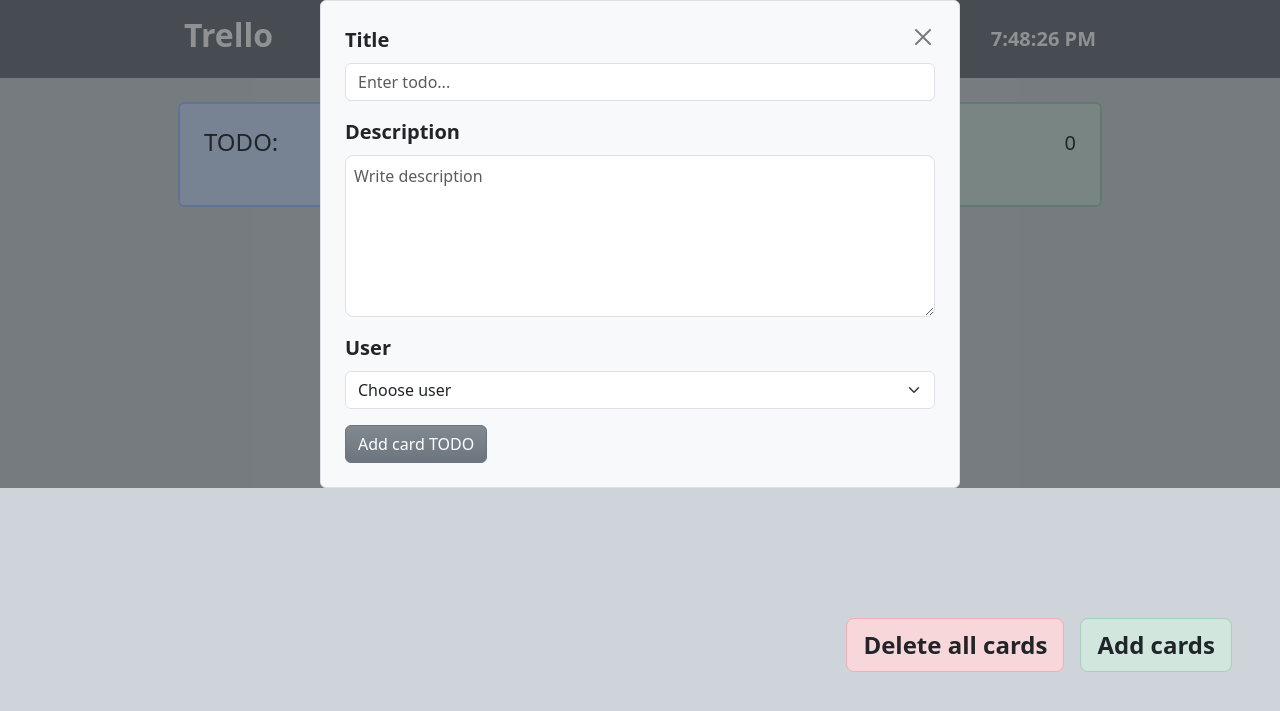
Repository: Valeria154/trello-app-clone
Page: / (app in trello-app-project/)
An editor plug-in stored every save of this project. The page is shown before and after the next save, followed by the edit.
The browser window is 1280 px wide. The pictures show the whole page.
After loading, the first visible `#addCardBtn` was clicked once.
The project was rebuilt for these pictures with package versions that can differ from the ones it lists, and the page was loaded fresh each time. Also part of the build but not shown: trello-app-project/vite.config.js.

Above is the page before, as saved 2025-03-15 21:09:19.
Console error: TypeError: Cannot read properties of null (reading 'addEventListener')

### trello-app-project/src/index.html
<!doctype html>
<html lang="en">

<head>
	<meta charset="UTF-8" />
	<meta name="viewport" content="width=device-width, initial-scale=1.0" />
	<title>Trello</title>
	<script type="module" src="./main.js"></script>
</head>

<body class="bg-dark-subtle">
	<header class="bg-secondary p-3">
		<div class="container d-flex justify-content-between align-items-center mx-autox w-75">
			<h1 class="fs-2 fw-bold text-white">Trello</h1>
			<div class="fs-5 fw-semibold text-white" id="clock"></div>
		</div>
	</header>
	<main class="p-4">
		<div class="container text-center w-75">
			<div class="row align-items-start mb-6 gap-5">
				<!-- TODO -->
				<div class="col border border-primary-subtle border-2 rounded-2 text-dark p-4 bg-primary-subtle">
					<div class="d-flex justify-content-between mb-3">
						<h4>TODO:</h4>
						<div id="todoCount" class="fs-5">0</div>
					</div>
					<div id="todo"></div>
				</div>
				<!-- In progress -->
				<div class="col border border-warning-subtle border-2 rounded-2 text-dark p-4 bg-warning-subtle">
					<div class="d-flex justify-content-between mb-3">
						<h4>IN PROGRESS:</h4>
						<div id="progressCount " class="fs-5">0</div>
					</div>
					<div id="progress"></div>
				</div>
				<!-- Done -->
				<div class="col border border-success-subtle border-2 rounded-2 text-dark p-4 bg-success-subtle">
					<div class="d-flex justify-content-between mb-3">
						<h4>DONE:</h4>
						<div id="doneCount" class="fs-5">0</div>
					</div>
					<div id="done"></div>
				</div>
			</div>
			<div class="d-grid gap-2 d-md-flex justify-content-md-end position-fixed bottom-0 end-0 p-5">
				<button class="btn btn-lg bg-danger-subtle border-danger-subtle me-md-2 fs-4 fw-semibold" type="button"
					id="deleteAllBtn">Delete all
					cards</button>
				<button id="addCardBtn" class="btn btn-lg bg-success-subtle border-success-subtle fs-4 fw-semibold"
					type="button">Add
					cards</button>
			</div>
			<!-- Modal form -->
			<div id="modalFormContainer" class="position-relative" style="z-index: 20">
				<!-- <div class="position-fixed top-50 start-50 translate-middle w-100 bg-dark bg-opacity-50">
					<form class="p-4 border rounded bg-light text-start fw-semibold w-50 position-relative">
						<div class="mb-3">
							<label for="titile" class="form-label fs-5">Title</label>
							<input type="text" class="form-control" id="title" placeholder="Enter todo...">
						</div>
						<div class="mb-3">
							<label for="description" class="form-label fs-5">Description</label>
							<textarea class="form-control p-2 rounded-3" id="description" rows="6"
								placeholder="Write description"></textarea>
						</div>
						<div class="mb-3">
							<label for="user" class="form-label fs-5">User </label>
							<select id="user" class="form-select">
								<option selected value="">Choose user</option>
								<option value="Amelia">Amelia</option>
								<option value="Mary">Mary</option>
								<option value="Thomas">Thomas</option>
								<option value="Harry">Harry</option>
								<option value="Susan">Susan</option>
							</select>
						</div>
						<button type="submit" class="btn btn-primary bg-secondary bg-gradient border-secondary">Add card
							TODO</button>
						<button type="button" class="btn-close position-absolute top-0 end-0 me-4 mt-4"
							aria-label="close"></button>
					</form>
				</div> -->
			</div>
		</div>
	</main>

</body>

</html>

### trello-app-project/src/main.js
import './style.scss'
// import javascriptLogo from './javascript.svg'
// import viteLogo from '/vite.svg'

const clockElement = document.querySelector('#clock')
const addCardElement = document.querySelector('#addCardBtn')
const modalFormElement = document.querySelector('#modalFormContainer')
const btnCloseElement = document.querySelector('.btn-close')

//функция, которая отражает часы
function showClock() {
	clockElement.textContent = new Date().toLocaleTimeString()
}
setInterval(showClock, 1000)
showClock()


//открытие модального окна после клика
addCardElement.addEventListener('click', handleClickButtonAddCard)
btnCloseElement.addEventListener('click', handleClickBtnClose)

function handleClickBtnClose() {
	modalFormElement.style.display = 'none'
}

function handleClickButtonAddCard() {
	toggleModal(modalFormElement)
	modalFormElement.innerHTML = buildModalForm()
}

function toggleModal(modal) {
	modal.classList.toggle('show'); // Переключает класс "show", отвечающий за видимость
}
function buildModalForm() {
	return `
				<div class="d-flex align-items-center justify-content-center position-fixed top-0 start-0 w-100 bg-dark bg-opacity-50">
					<form class="p-4 border rounded bg-light text-start fw-semibold w-50 position-relative">
						<div class="mb-3">
							<label for="title" class="form-label fs-5">Title</label>
							<input type="text" class="form-control" id="title" placeholder="Enter todo..." required>
						</div>
						<div class="mb-3">
							<label for="description" class="form-label fs-5">Description</label>
							<textarea class="form-control p-2 rounded-3" id="description" rows="6"
								placeholder="Write description" required></textarea>
						</div>
						<div class="mb-3">
							<label for="user" class="form-label fs-5">User </label>
							<select id="user" class="form-select" required>
								<option selected value="">Choose user</option>
								<option value="Amelia">Amelia</option>
								<option value="Mary">Mary</option>
								<option value="Thomas">Thomas</option>
								<option value="Harry">Harry</option>
								<option value="Susan">Susan</option>
							</select>
						</div>
						<button type="submit" class="btn btn-primary bg-secondary bg-gradient border-secondary">Add card
							TODO</button>
						<button type="button" class="btn-close position-absolute top-0 end-0 me-4 mt-4"
							aria-label="close"></button>
					</form>
				</div>
	`

}

Loaded but not shown: trello-app-project/src/style.scss (common file)

After the next save:
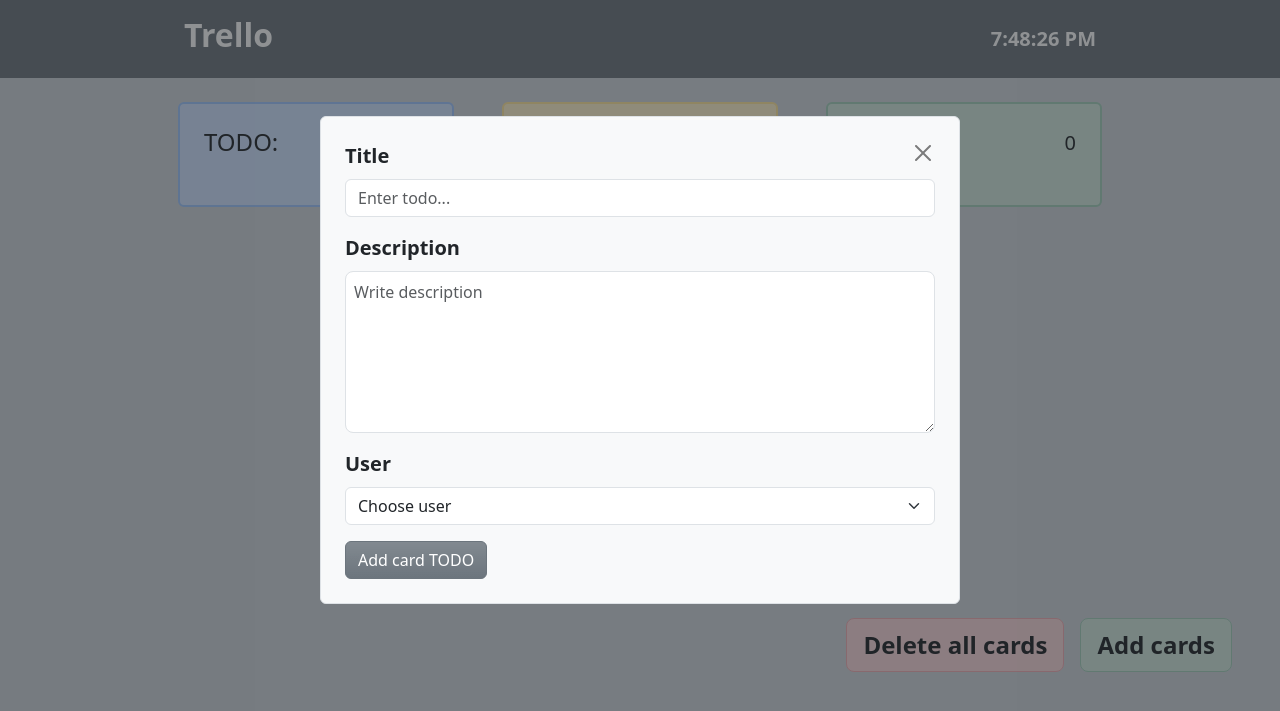
Saved 3 min 44 s later.
--- a/trello-app-project/src/main.js
+++ b/trello-app-project/src/main.js
@@ -33,7 +33,7 @@
 }
 function buildModalForm() {
 	return `
-				<div class="d-flex align-items-center justify-content-center position-fixed top-0 start-0 w-100 bg-dark bg-opacity-50">
+				<div class="d-flex align-items-center justify-content-center position-fixed top-0 start-0 w-100 h-100 bg-dark bg-opacity-50">
 					<form class="p-4 border rounded bg-light text-start fw-semibold w-50 position-relative">
 						<div class="mb-3">
 							<label for="title" class="form-label fs-5">Title</label>
